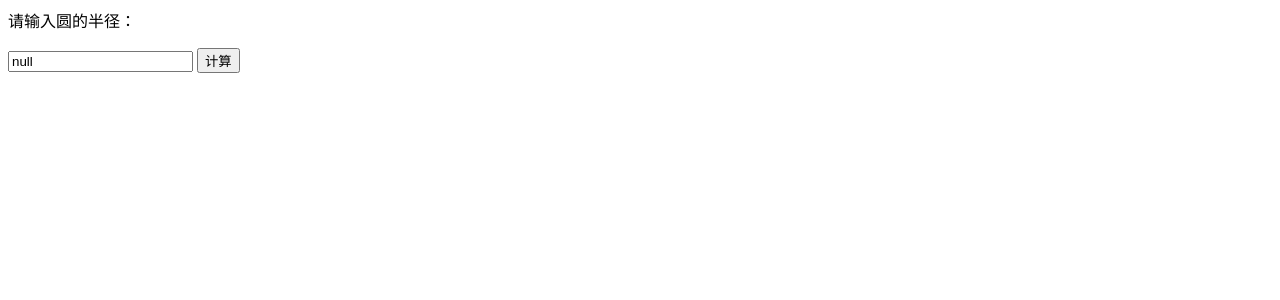
Repository: Coder-YJ/Java
Page: http://localhost/JspTest/class_declare.jsp
An editor plug-in stored every save of this project. The page is shown before and after the next save, followed by the edit.
The browser window is 1280 px wide. The pictures show the whole page.
The page is served by Tomcat 9.

Above is the page before, as saved 2018-04-01 14:10:08.

After the next save:
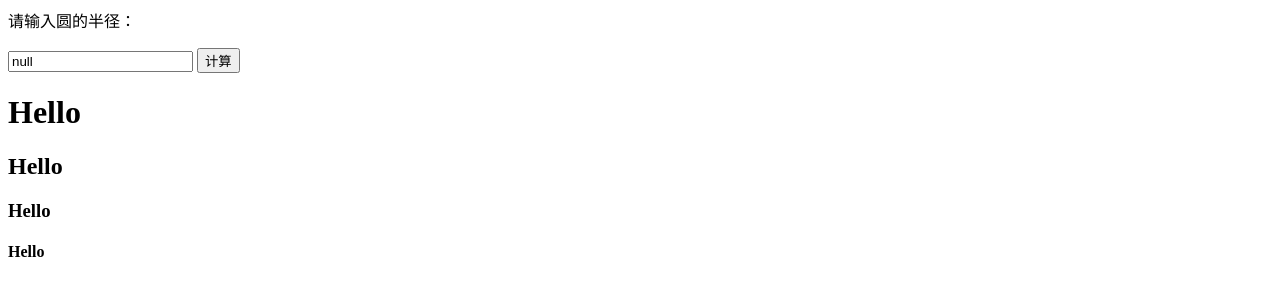
Saved 9 min 19 s later.
--- a/MyEclipse10/JspTest/WebRoot/class_declare.jsp
+++ b/MyEclipse10/JspTest/WebRoot/class_declare.jsp
@@ -36,6 +36,14 @@
                    <%= circle.circumference_computing()%>
        <%}%>
 
+	<%
+   for(int i=1;i<=4;i++){
+%>
+      <H<%=i%>>Hello</H<%=i%>>
+<%
+  }
+%>
+
 
 </body>
 </html>
